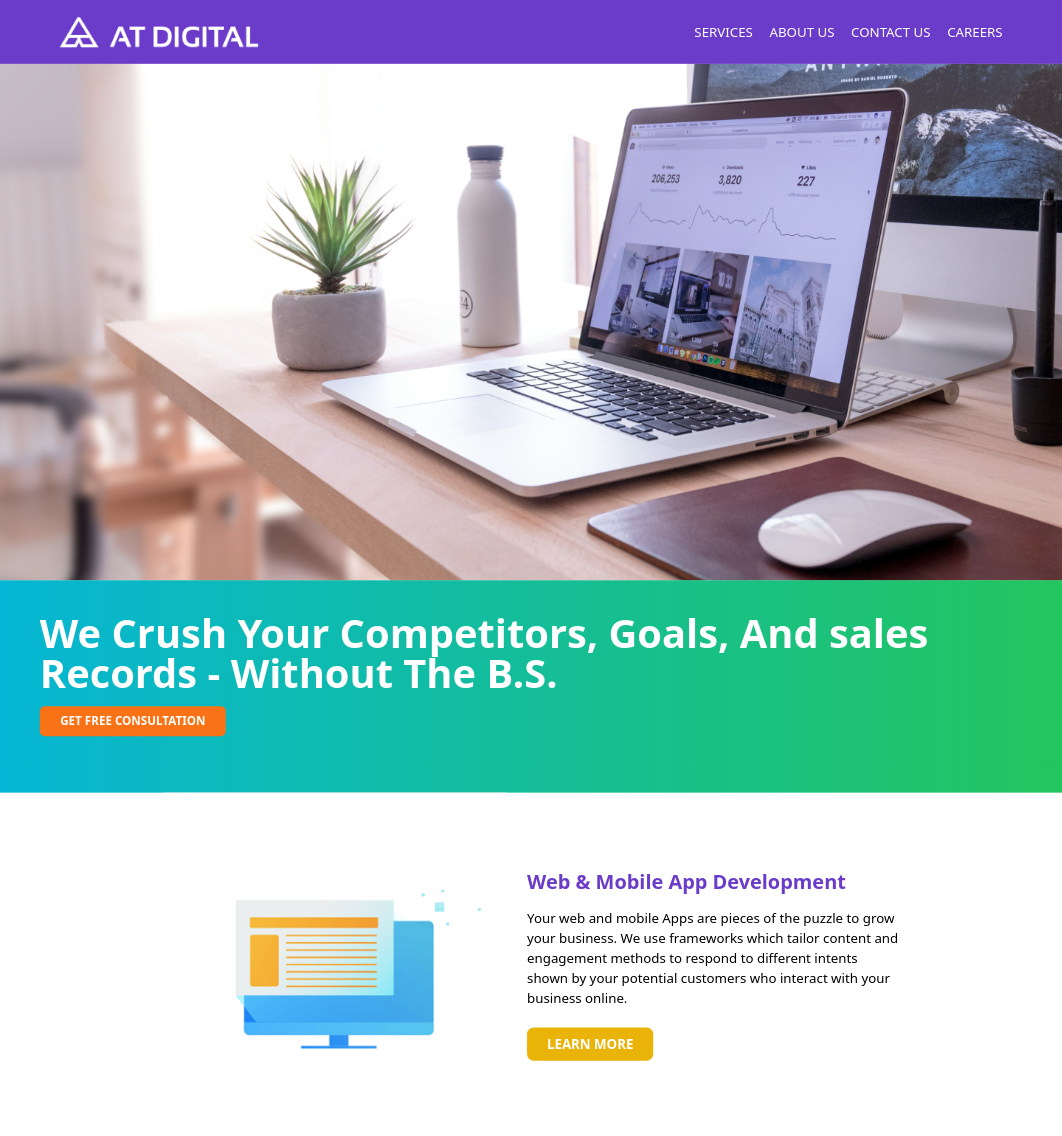
Repository: Milith97/AT-Digital-Website
Page: /
An editor plug-in stored every save of this project. The page is shown before and after the next save, followed by the edit.
The browser window is 1280 px wide. The pictures show the whole page, at 83% of full size.
The project was rebuilt for these pictures with package versions that can differ from the ones it lists, and the page was loaded fresh each time. Also part of the build but not shown: vite.config.js.

Above is the page before, as saved 2024-04-06 22:30:27.

After the next save:
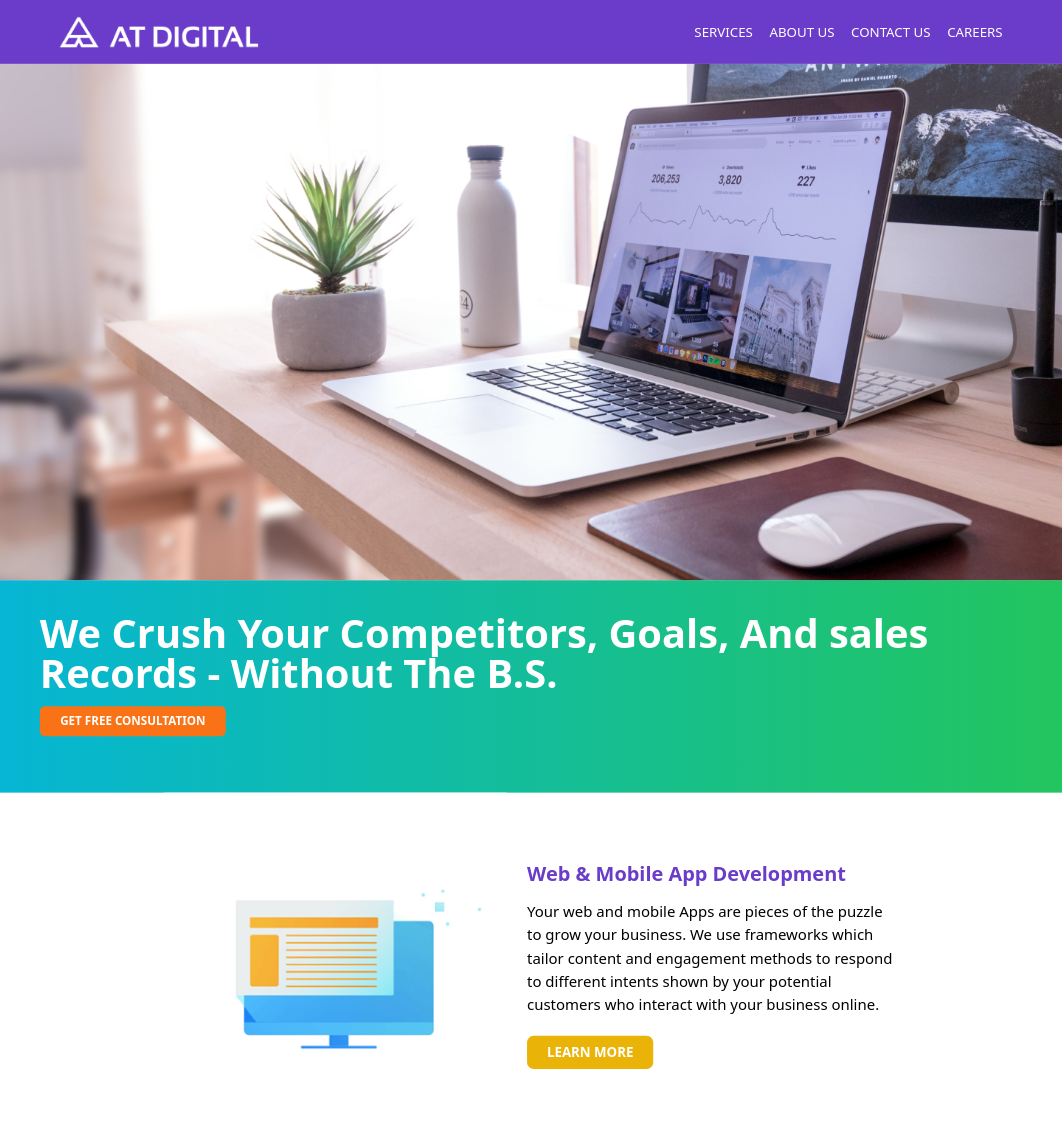
Saved 8 s later.
--- a/src/Components/Servicers.jsx
+++ b/src/Components/Servicers.jsx
@@ -34,7 +34,7 @@ const Services = () => {
             {/* Right Side (Content) */}
             <div className="max-w-md">
                 <h2 className=" md:text-2xl lg:text-3xl xl:text-2xl 2xl:text:4xl  font-bold mb-4 text-[#6B3CC9]">Web & Mobile App Development</h2>
-                <p className="md:text-lg lg:text-lg xl:text-base 2xl:text-lg font-normal mb-6">Your web and mobile Apps are pieces of the puzzle to grow your business. We use frameworks which tailor content and engagement methods to respond to different intents shown by your potential customers who interact with your business online.</p>
+                <p className="md:text-lg lg:text-lg xl:text-lg 2xl:text-lg font-normal mb-6">Your web and mobile Apps are pieces of the puzzle to grow your business. We use frameworks which tailor content and engagement methods to respond to different intents shown by your potential customers who interact with your business online.</p>
                 <button className="bg-yellow-500 text-white font-bold py-2 px-6 rounded-lg hover:bg-yellow-600 transition-colors">LEARN MORE</button>
             </div>
         </div>
